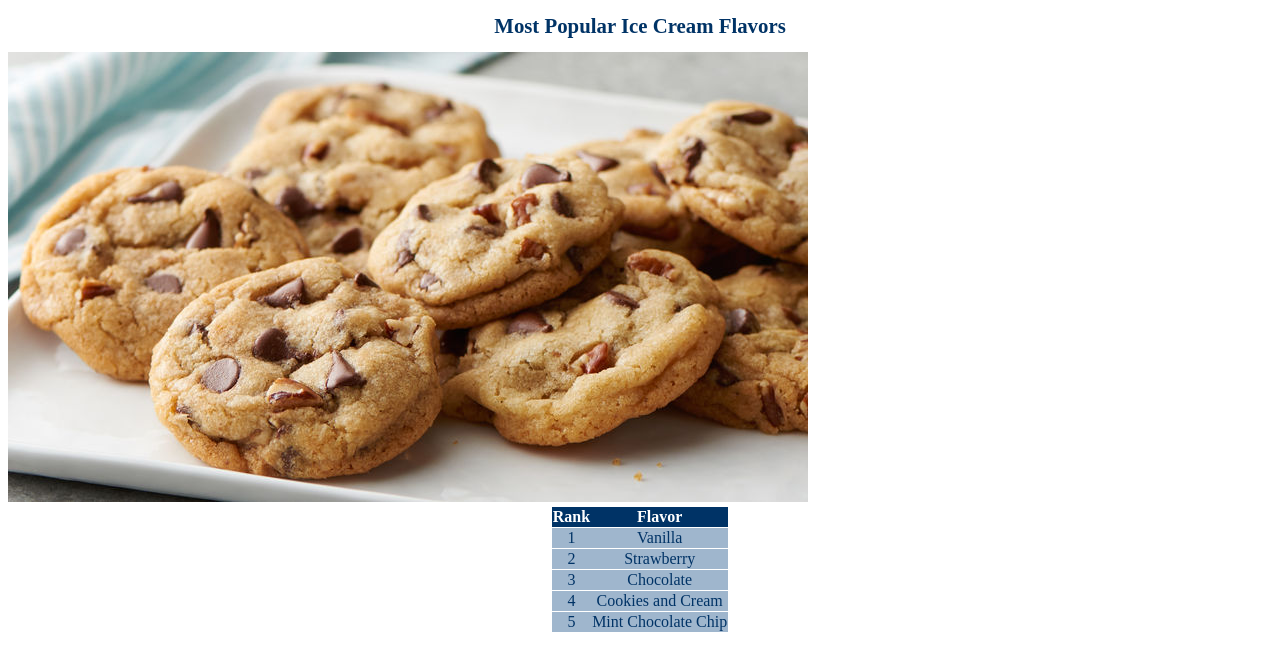
Repository: prathampatel1/pratham12.github.io
Page: 241/images/ice.html
The author's editor kept a record of every edit. The page is drawn from the files as they stood at one moment, then again after the next edit.
The browser window is 1280 px wide. The pictures show the whole page.

Above is the page before.

### 241/images/ice.html
<!DOCTYPE html>
   <html>
     <head>
       <meta charset="utf-8">
       <title>I Scream For Ice Cream!</title>
     </head>
     <body>
       <h1>Most Popular Ice Cream Flavors</h1>
       <table>
            <tr><th>Rank</th><th>Flavor</th></tr>
            <tr><td>1</td><td>Vanilla</td></tr>
            <tr><td>2</td><td>Strawberry</td></tr>
            <tr><td>3</td><td>Chocolate</td></tr>
            <tr><td>4</td><td>Cookies and Cream</td></tr>
            <tr><td>5</td><td>Mint Chocolate Chip</td></tr>
         <img src = "images/cookies.jpg" alt="Picture of Cookies" />
      </table>
    </body>
  </html>

<link href="icecream.css" rel="stylesheet" type="text/css">

### 241/images/icecream.css
body{
       font-family: "Marker Felt", "Comic Sans MS", fantasy;
 	 color: #003366;
    }

    h1  {
 	   font-size: 1.3em;
 	   text-align: center;
    }

   table {
 	   margin-left: auto;
 	   margin-right: auto;
 	   text-align: left;
 	   border-collapse: collapse;
   }

   tr   {
	  border: 1px solid #ffffff;
	  text-align: center;
	  background-color:#9FB6CD;
  }

  th   {
	 text-align: center;
	 color: #ffffff;
	 background-color: #003366;
  }

After the next edit:
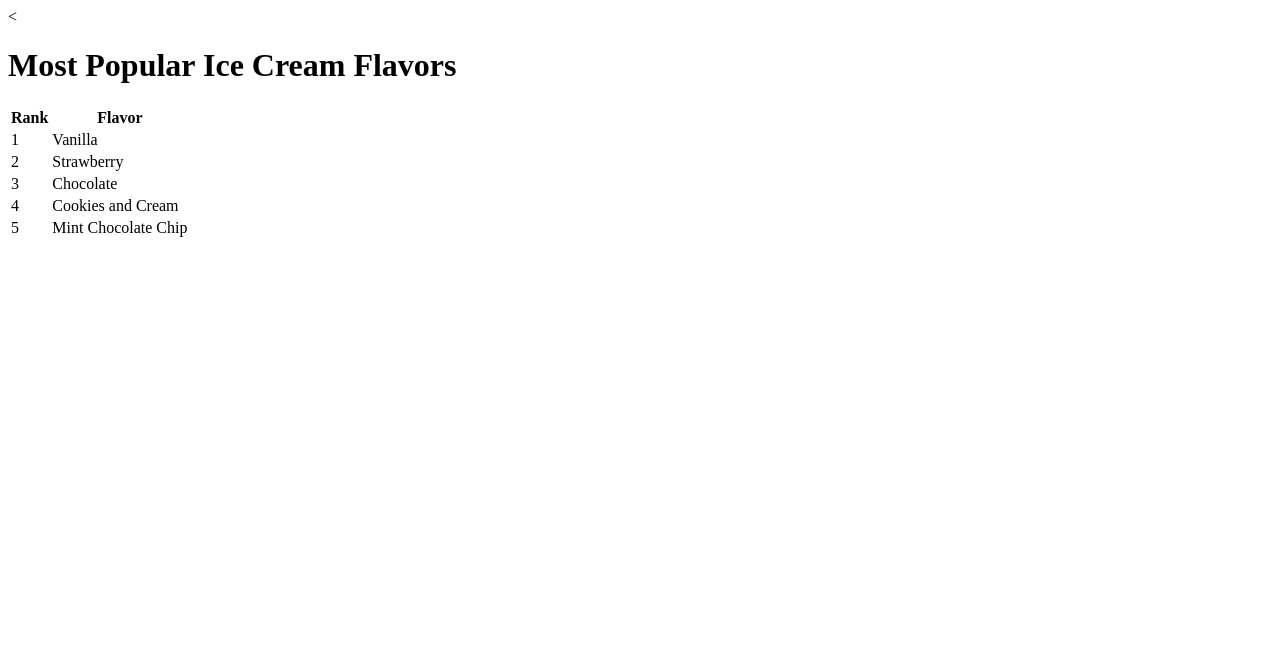
The edit:
--- a/241/images/ice.html
+++ b/241/images/ice.html
@@ -1,4 +1,4 @@
-<!DOCTYPE html>
+<<!DOCTYPE html>
    <html>
      <head>
        <meta charset="utf-8">
@@ -7,15 +7,12 @@
      <body>
        <h1>Most Popular Ice Cream Flavors</h1>
        <table>
-            <tr><th>Rank</th><th>Flavor</th></tr>
-            <tr><td>1</td><td>Vanilla</td></tr>
-            <tr><td>2</td><td>Strawberry</td></tr>
-            <tr><td>3</td><td>Chocolate</td></tr>
-            <tr><td>4</td><td>Cookies and Cream</td></tr>
-            <tr><td>5</td><td>Mint Chocolate Chip</td></tr>
-         <img src = "images/cookies.jpg" alt="Picture of Cookies" />
+        <tr><th>Rank</th><th>Flavor</th></tr>
+        <tr><td>1</td><td>Vanilla</td></tr>
+        <tr><td>2</td><td>Strawberry</td></tr>
+        <tr><td>3</td><td>Chocolate</td></tr>
+        <tr><td>4</td><td>Cookies and Cream</td></tr>
+        <tr><td>5</td><td>Mint Chocolate Chip</td></tr>
       </table>
     </body>
   </html>
-
-<link href="icecream.css" rel="stylesheet" type="text/css">
